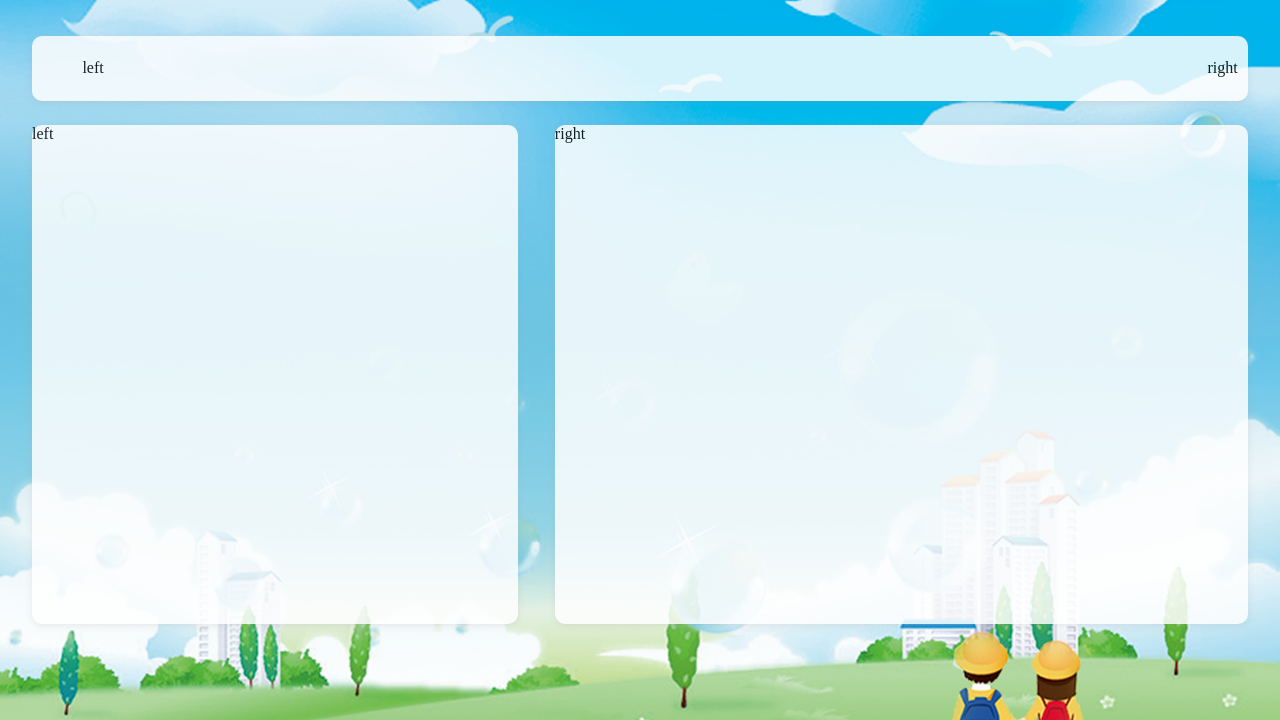
Repository: huangdesheng/classBrand
Page: / (app in classBrand/)
These files come from the project's save history. The page is drawn as it stood at one moment and after the next save; the edit follows.
The browser window is 1280 px wide. The pictures show the whole page.
The project was rebuilt for these pictures with package versions that can differ from the ones it lists, and the page was loaded fresh each time.

Above is the page before, as saved 2019-08-23 09:55:20.

After the next save:
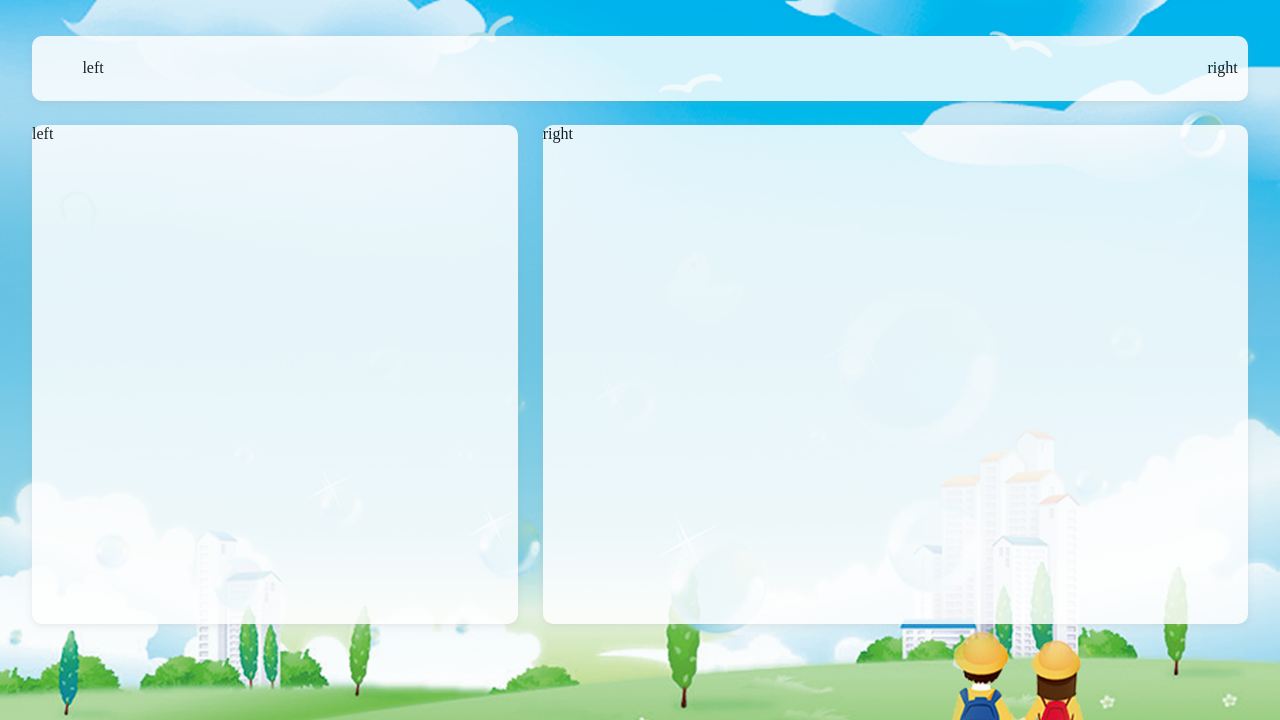
Saved 12 s later.
--- a/classBrand/src/views/index/index.vue
+++ b/classBrand/src/views/index/index.vue
@@ -56,7 +56,7 @@ export default {};
       height: 100%;
       &:nth-of-type(1) {
         width: 40%;
-        margin-right: 3%;
+        margin-right: 2%;
       }
       &:nth-of-type(2) {
         flex: 1;
